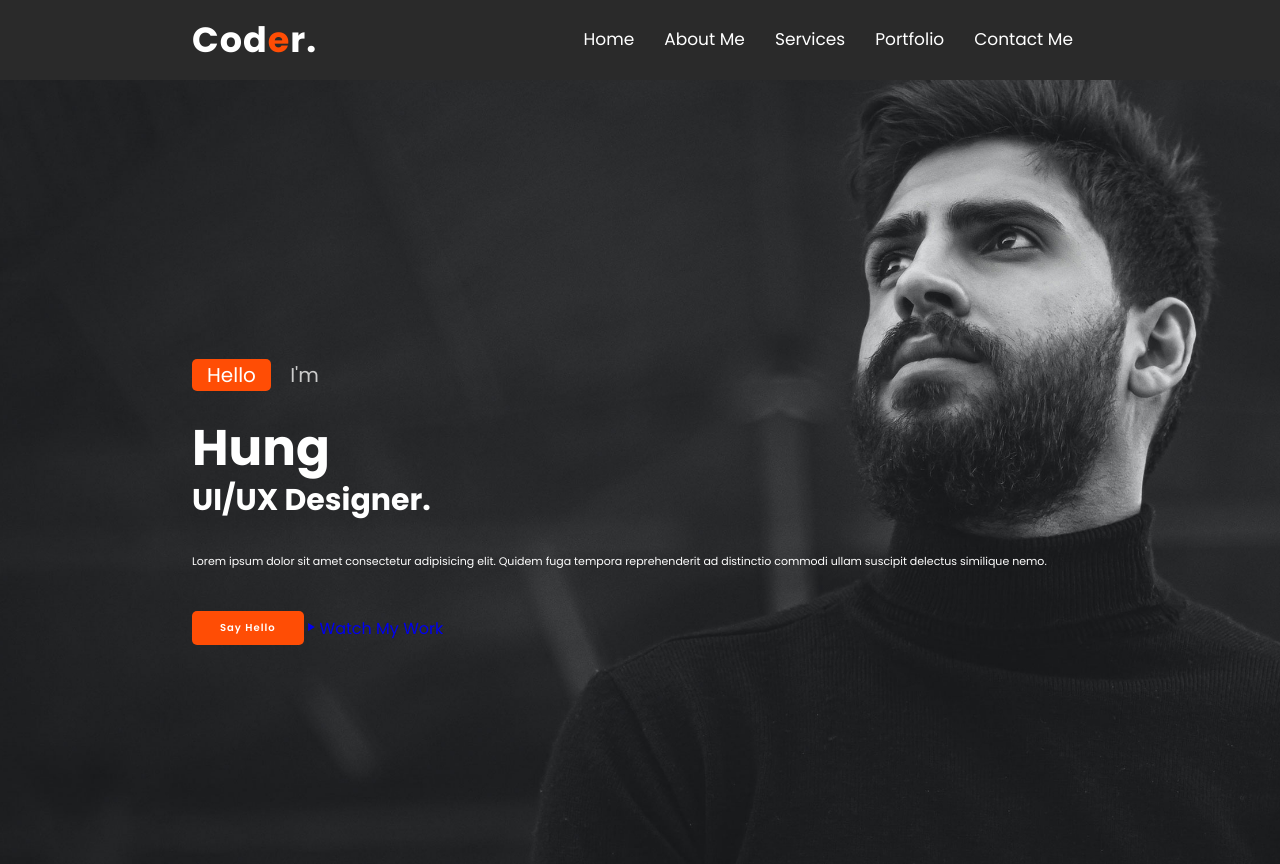
Repository: HungNg99/Protifolio2
Page: Portfolio/index.html
An editor plug-in stored every save of this project. The page is shown before and after the next save, followed by the edit.
The browser window is 1280 px wide. The pictures show the whole page.

Above is the page before, as saved 2022-12-09 10:05:20.

After the next save:
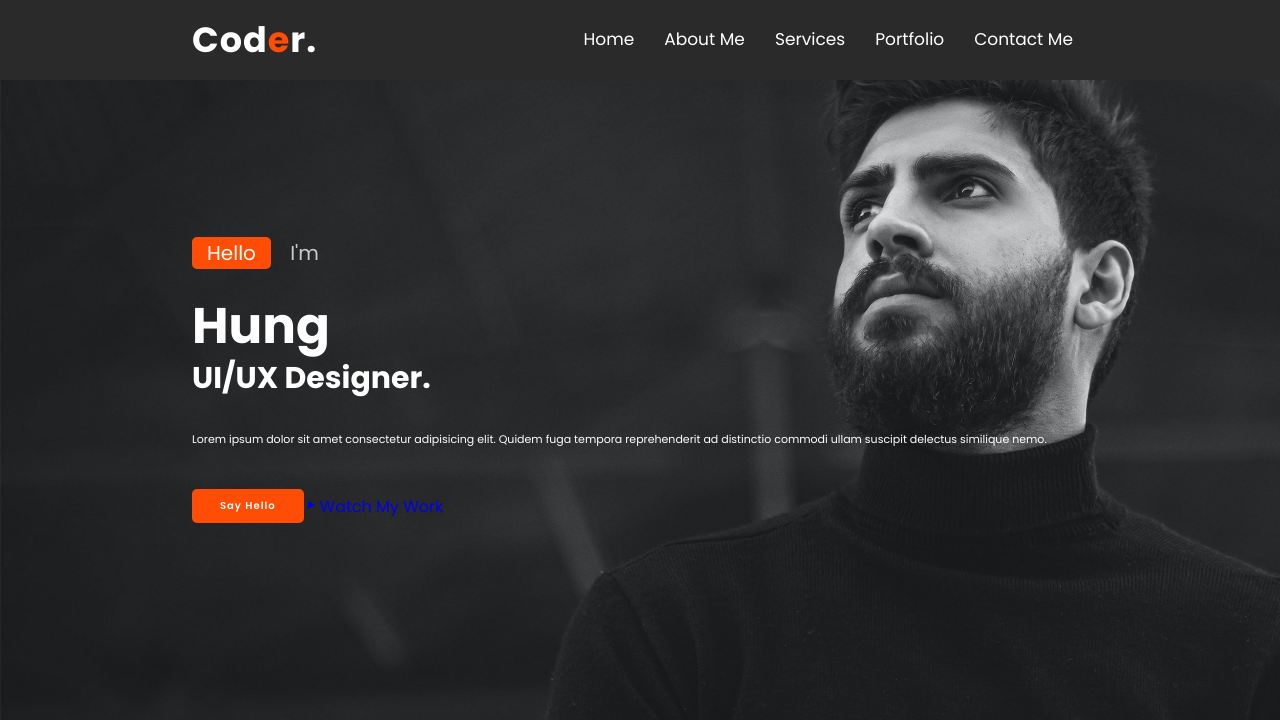
Saved 27 s later.
--- a/Portfolio/style.css
+++ b/Portfolio/style.css
@@ -78,7 +78,7 @@
     background-repeat: no-repeat;
     background-position: center;
     background-size: cover;
-    height: 120vh;
+    height: 100vh;
     width: 100%;
     display: flex;
     align-items: center;
@@ -108,9 +108,9 @@
     font-size: 20px;
     font-weight: 500;
 }
-.home-text{
+/* .home-text{
     margin-top: 100px;
-}
+} */
 .home-text h1 {
     font-size: var(--big-font);
     font-weight: 700;

After the save that followed:
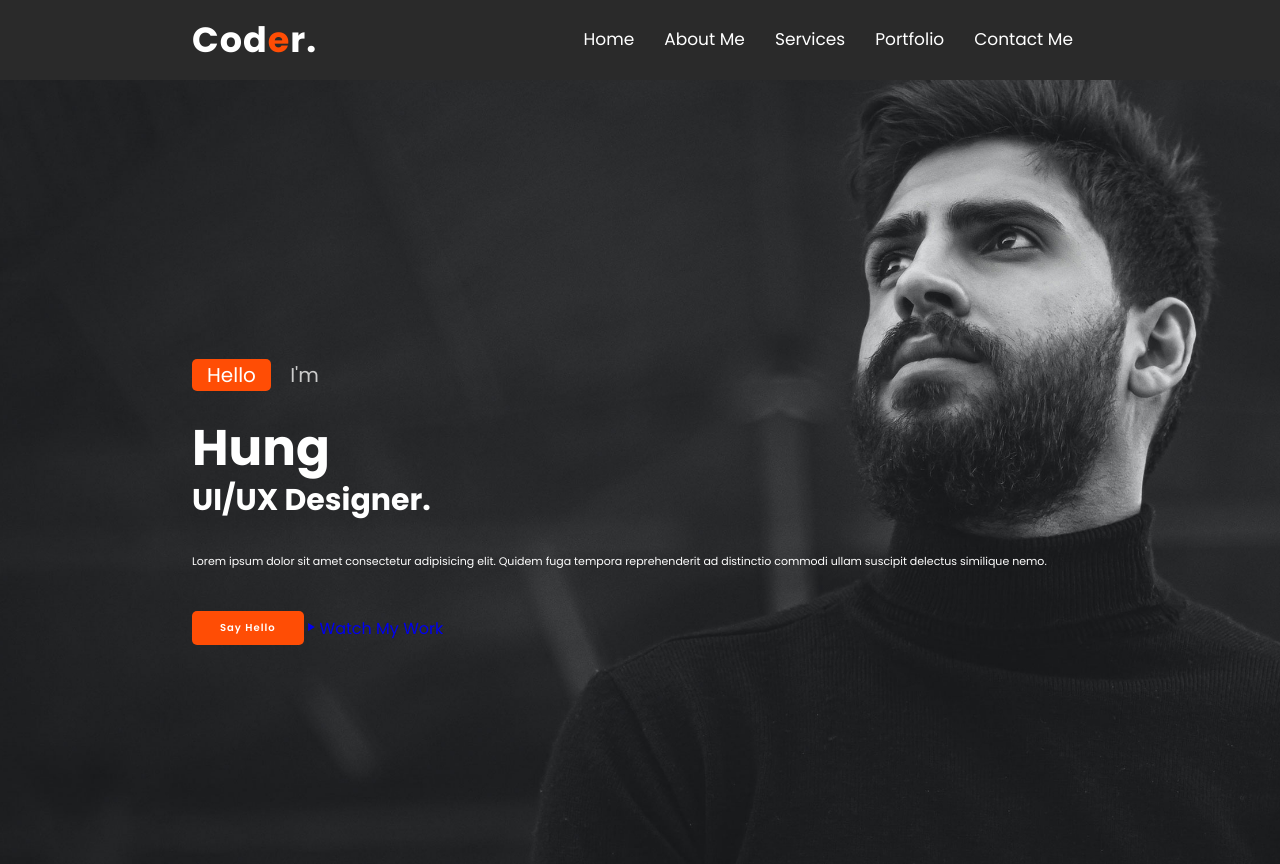
Saved 13 s later.
--- a/Portfolio/style.css
+++ b/Portfolio/style.css
@@ -78,7 +78,7 @@
     background-repeat: no-repeat;
     background-position: center;
     background-size: cover;
-    height: 100vh;
+    height: 120vh;
     width: 100%;
     display: flex;
     align-items: center;
@@ -108,9 +108,9 @@
     font-size: 20px;
     font-weight: 500;
 }
-/* .home-text{
+.home-text{
     margin-top: 100px;
-} */
+}
 .home-text h1 {
     font-size: var(--big-font);
     font-weight: 700;
